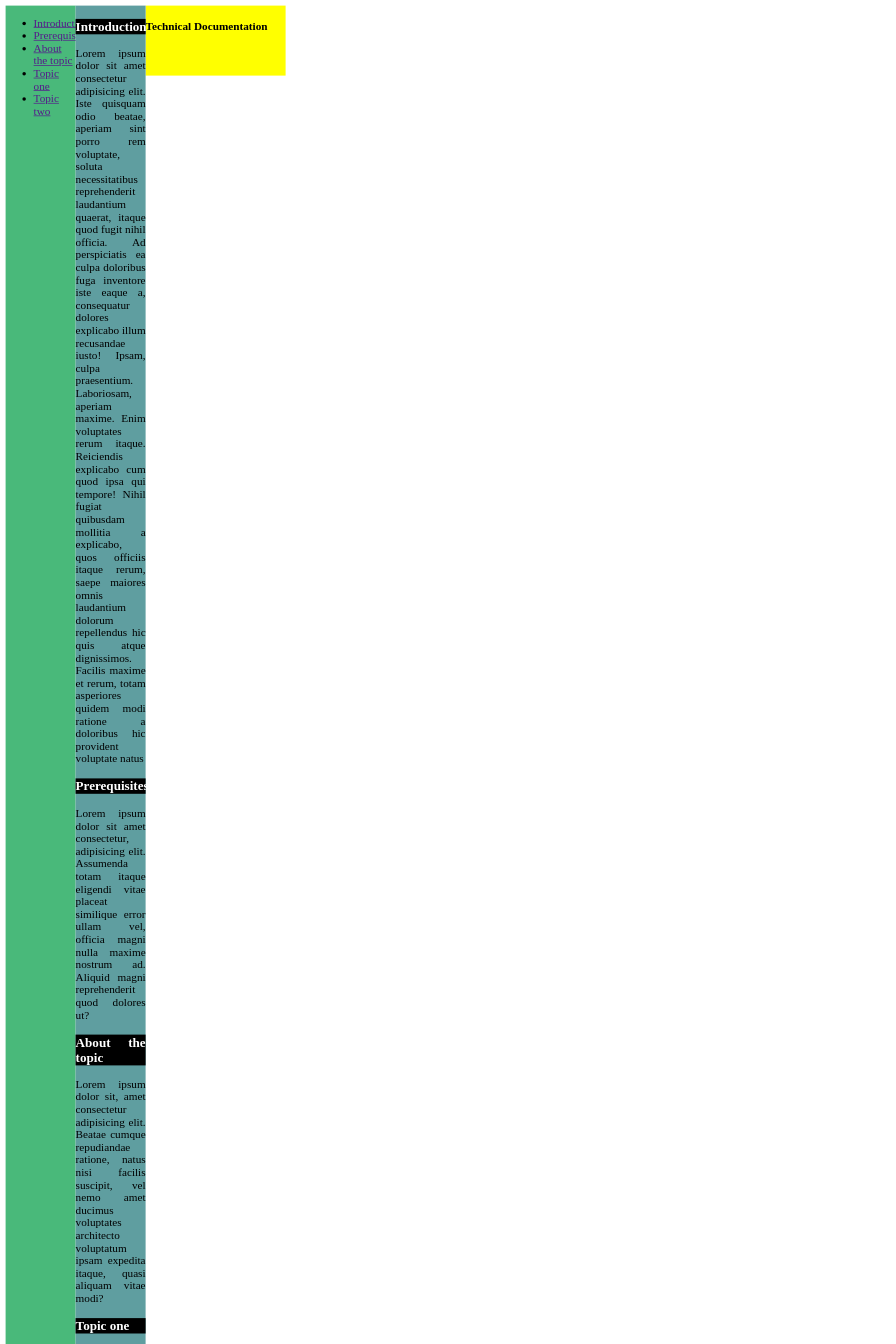
Repository: JoaoLemesDEV/Excercise-Tech-Documentation-Page
Page: index.html
These files come from the project's save history. The page is drawn as it stood at one moment and after a run of saves; the edit follows.
The browser window is 1280 px wide. The pictures show the part of the page from y = 0 to 1920 px (the page is 2637 px tall before and 2737 px after), at 70% of full size.

Above is the page before, as saved 2021-10-03 21:28:44.

### index.html
<!DOCTYPE html>
<html lang="en">
  <head>
    <meta charset="UTF-8" />
    <meta http-equiv="X-UA-Compatible" content="IE=edge" />
    <meta name="viewport" content="width=device-width, initial-scale=1.0" />
    <title>Technical Documentaion</title>
    <link rel="stylesheet" href="index.css" />
  </head>
  <body>
    <div class="wrapper">
      <header><h4>Technical Documentation</h4></header>
      <aside>
        <nav>
          <ul>
            <li><a href="">Introduction</a></li>
            <li><a href="">Prerequisites</a></li>
            <li><a href="">About the topic</a></li>
            <li><a href="">Topic one</a></li>
            <li><a href="">Topic two</a></li>
          </ul>
        </nav>
      </aside>
      <main>
        <section id="introduction">
          <h3 style="background: black; color: white">Introduction</h3>
          <p>
            Lorem ipsum dolor sit amet consectetur adipisicing elit. Iste
            quisquam odio beatae, aperiam sint porro rem voluptate, soluta
            necessitatibus reprehenderit laudantium quaerat, itaque quod fugit
            nihil officia. Ad perspiciatis ea culpa doloribus fuga inventore
            iste eaque a, consequatur dolores explicabo illum recusandae iusto!
            Ipsam, culpa praesentium. Laboriosam, aperiam maxime. Enim
            voluptates rerum itaque. Reiciendis explicabo cum quod ipsa qui
            tempore! Nihil fugiat quibusdam mollitia a explicabo, quos officiis
            itaque rerum, saepe maiores omnis laudantium dolorum repellendus hic
            quis atque dignissimos. Facilis maxime et rerum, totam asperiores
            quidem modi ratione a doloribus hic provident voluptate natus
          </p>
        </section>
        <section id="Prerequisites">
          <h3 style="background: black; color: white">Prerequisites</h3>
          <p>
            Lorem ipsum dolor sit amet consectetur, adipisicing elit. Assumenda
            totam itaque eligendi vitae placeat similique error ullam vel,
            officia magni nulla maxime nostrum ad. Aliquid magni reprehenderit
            quod dolores ut?
          </p>
        </section>
        <section id="about the topic">
          <h3 style="background: black; color: white">About the topic</h3>
          <p>
            Lorem ipsum dolor sit, amet consectetur adipisicing elit. Beatae
            cumque repudiandae ratione, natus nisi facilis suscipit, vel nemo
            amet ducimus voluptates architecto voluptatum ipsam expedita itaque,
            quasi aliquam vitae modi?
          </p>
        </section>
        <section id="topic one">
          <h3 style="background: black; color: white">Topic one</h3>
          <p>
            Lorem ipsum dolor sit, amet consectetur adipisicing elit.
            Consectetur modi quidem minima, reprehenderit autem itaque, in
            voluptas laudantium quam ratione animi fuga voluptatum aut beatae
            dolorem velit soluta? Amet, quo.
          </p>
        </section>
        <section id="topic two">
          <h3 style="background: black; color: white">Topic two</h3>
          <p>
            Lorem ipsum dolor sit amet consectetur adipisicing elit. Quia,
            possimus fugit deleniti, maiores asperiores non dolores optio magnam
            aspernatur amet dolore ipsum in quaerat assumenda neque totam sunt
            odit dolorum.
          </p>
        </section>
      </main>
    </div>
  </body>
</html>

### index.css
.wrapper {
    display: grid;
    grid-template-columns: 100px 100px 200px;
    //grid-template-rows: 150px 150px;
}

header{
  background-color: yellow;
  height: 100px;
  grid
}

aside{
background-color: rgb(73, 185, 122);
grid-row-start: 1;
grid-row-end: 2;
}

main{
  background-color: cadetblue;
  text-align: justify;
  grid-row-start: 1;
  grid-row-end: 2;
}

After the next 7 saves:
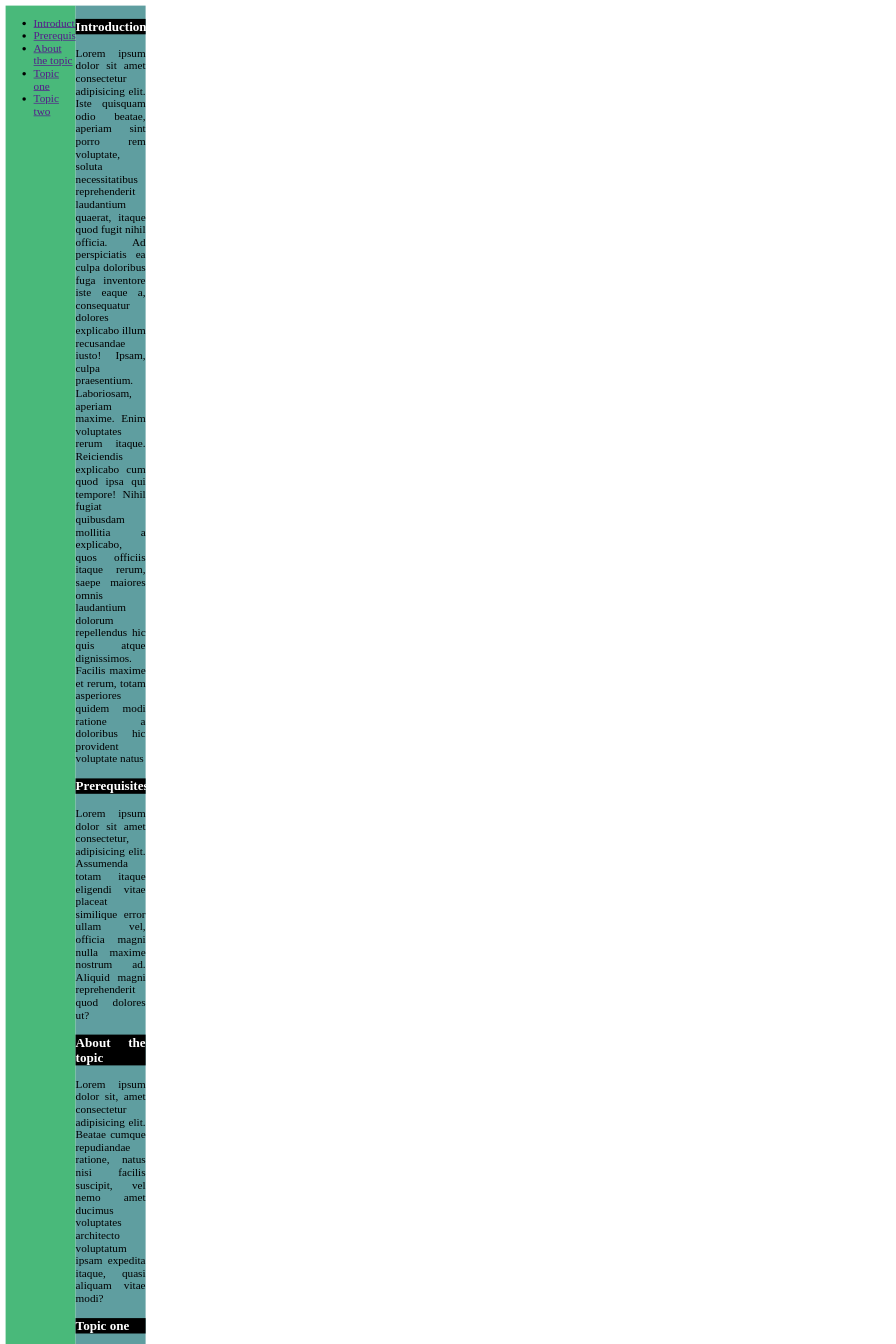
The 7 saves are shown as one change because they came seconds apart.
The last was saved 18 s later.
--- a/index.css
+++ b/index.css
@@ -7,7 +7,8 @@
 header{
   background-color: yellow;
   height: 100px;
-  grid
+  grid-column-start: 1;
+  grid-column-end: 3;
 }
 
 aside{
